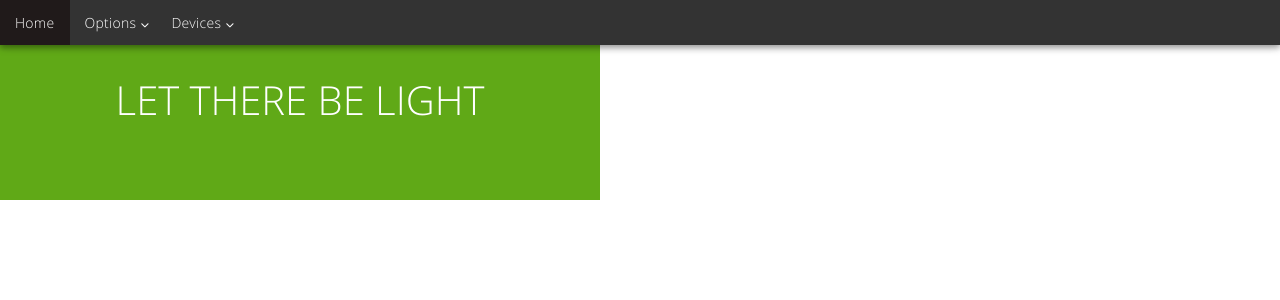
Repository: Pietvergiet/RPiProject
Page: http://localhost/RPi/
The author's editor kept a copy of each file at every save. The page is drawn from the files as they stood at one save, then again after the next save.
The browser window is 1280 px wide. The pictures show the whole page.
The page is served by Tomcat 9. Other server files are loaded and not shown.

Above is the page before, as saved 2014-10-21 21:29:38.

### RPi/src/main/webapp/index.jsp
<%@ page language="java" contentType="text/html; charset=ISO-8859-1"
    pageEncoding="ISO-8859-1"%>
<!DOCTYPE html PUBLIC "-//W3C//DTD HTML 4.01 Transitional//EN" "http://www.w3.org/TR/html4/loose.dtd">
<html>
<head>

        <link rel="stylesheet" href="BootstrapMetro/docs/css/metro-bootstrap.css">
        <script src="BootstrapMetro/docs/js/jquery/jquery.min.js"></script>
        <script src="BootstrapMetro/docs/js/jquery/jquery.widget.min.js"></script>
        <script src="BootstrapMetro/min/metro.min.js"></script>
        <link rel="shortcut icon" href="images/remote_control.ico" />

	    <!-- Metro UI CSS JavaScript plugins -->


</head>
<body class="metro">
<!-- Header -->
<div class="navigation-bar dark fixed-top shadow">
        <ul class="element-menu">
        	<li><a href="/RPi">Home</a></li>
        	<li>
                <a class="dropdown-toggle" href="#Options">Options</a>
                <ul class="dropdown-menu dark" data-role="dropdown" style="display: none;">
                    <li><a href="#Add">Add a device</a></li>
                    <li><a href="#Remove">Remove a device</a></li>
                    <li><a href="#Edit">Edit a device</a></li>
                </ul>
            </li>
            <li>
                <a class="dropdown-toggle" href="#Devices">Devices</a>
                <ul class="dropdown-menu dark" data-role="dropdown" style="display: none;">
                    <li><a href="#Tv">Tv</a></li>
                    <li><a href="#DVD">DVD</a></li>
                    <li><a href="#Radio">Radio</a></li>
                    <li><a href="#Secret Device">Nothing</a></li>
                </ul>
            </li>
    	</ul>
</div>

<!-- Body -->
<div>
		<form method="post" action="Blink">
			<input class="bg-green bg-hover-lime fg-white" type="submit" value="LET THERE BE LIGHT" style="font-size:40px; height:200px; width:600px;">
		</form>
</div>
</body>
</html>

Loaded but not shown: RPi/src/main/webapp/BootstrapMetro/docs/css/metro-bootstrap.css (library); RPi/src/main/webapp/BootstrapMetro/docs/js/jquery/jquery.min.js (library); RPi/src/main/webapp/BootstrapMetro/docs/js/jquery/jquery.widget.min.js (library); RPi/src/main/webapp/BootstrapMetro/min/metro.min.js (library)

After the next save:
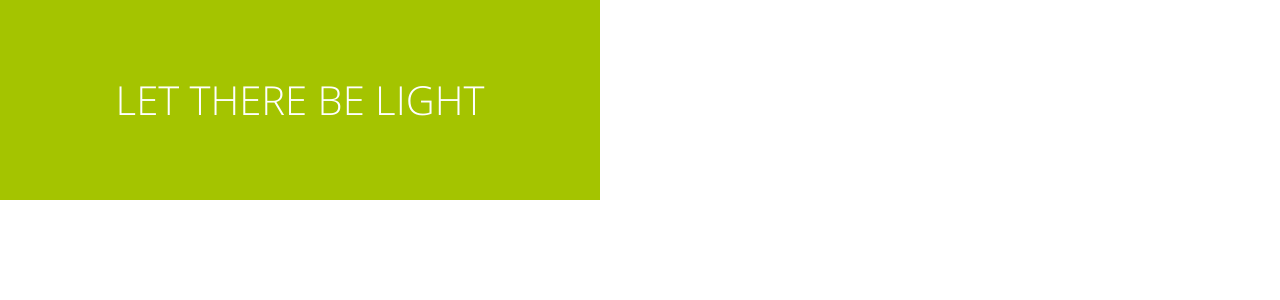
Saved 58 s later.
--- a/RPi/src/main/webapp/index.jsp
+++ b/RPi/src/main/webapp/index.jsp
@@ -16,7 +16,7 @@
 </head>
 <body class="metro">
 <!-- Header -->
-<div class="navigation-bar dark fixed-top shadow">
+<!-- div< class="navigation-bar dark fixed-top shadow">
         <ul class="element-menu">
         	<li><a href="/RPi">Home</a></li>
         	<li>
@@ -37,7 +37,7 @@
                 </ul>
             </li>
     	</ul>
-</div>
+</div>-->
 
 <!-- Body -->
 <div>

After the save that followed:
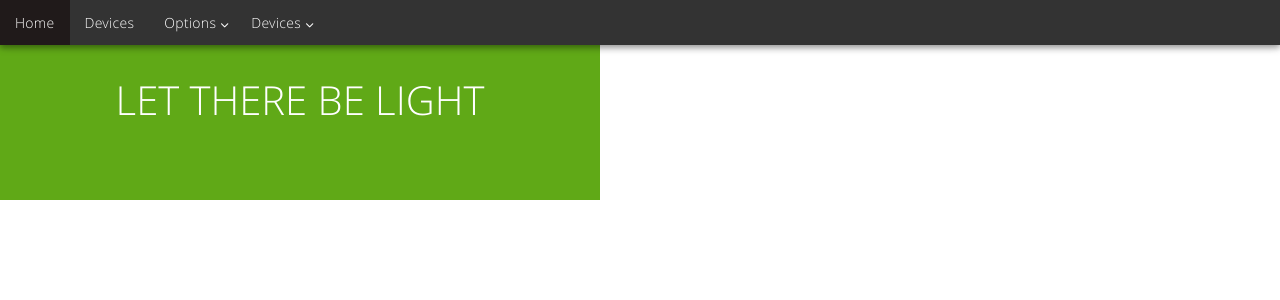
Saved 3 min 1 s later.
--- a/RPi/src/main/webapp/index.jsp
+++ b/RPi/src/main/webapp/index.jsp
@@ -16,9 +16,10 @@
 </head>
 <body class="metro">
 <!-- Header -->
-<!-- div< class="navigation-bar dark fixed-top shadow">
+<div class="navigation-bar dark fixed-top shadow">
         <ul class="element-menu">
         	<li><a href="/RPi">Home</a></li>
+        	<li><a href="#Devices">Devices</a></li>
         	<li>
                 <a class="dropdown-toggle" href="#Options">Options</a>
                 <ul class="dropdown-menu dark" data-role="dropdown" style="display: none;">
@@ -37,7 +38,7 @@
                 </ul>
             </li>
     	</ul>
-</div>-->
+</div>
 
 <!-- Body -->
 <div>
